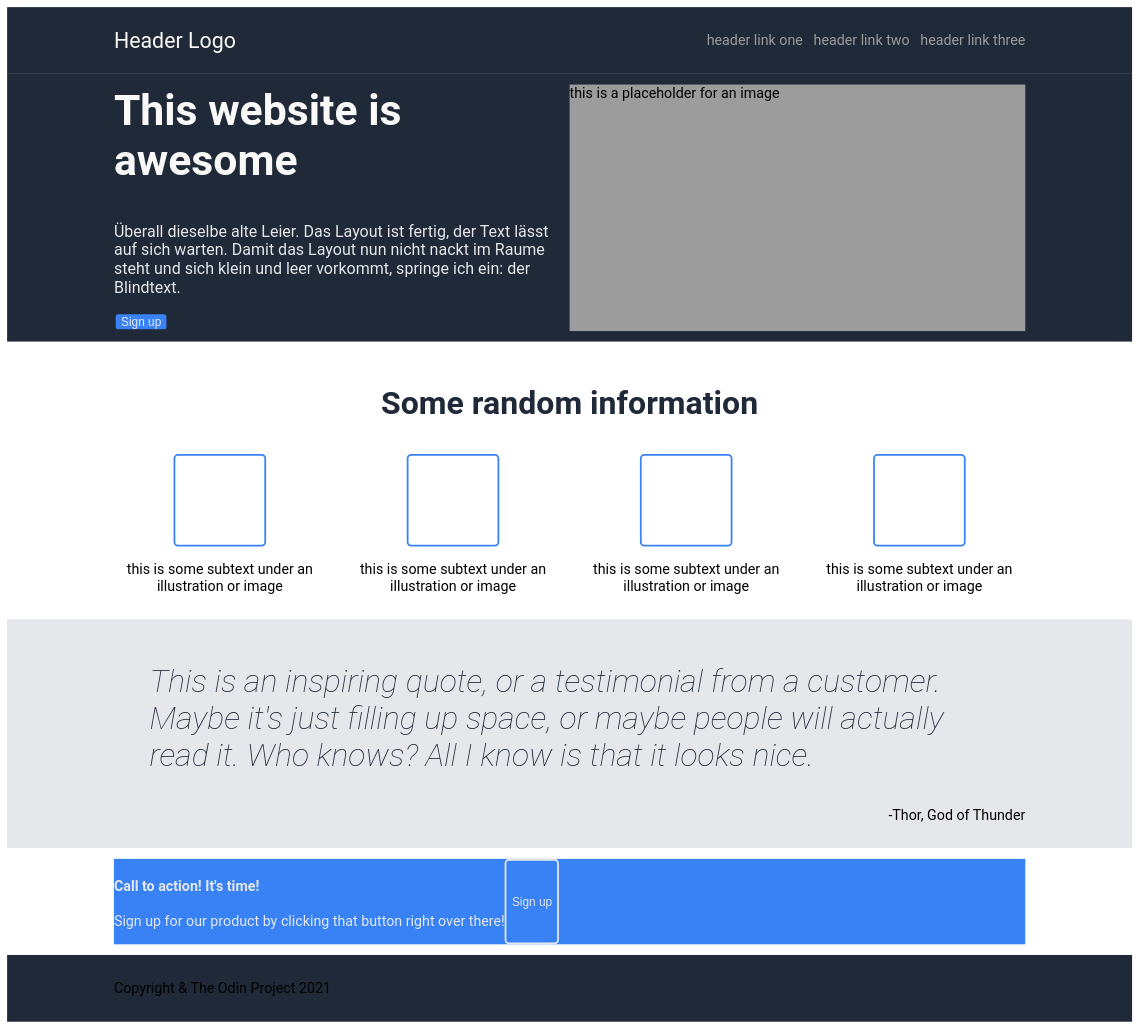
Repository: evemcd/odin_project
Page: odin-project2-landing-page/index.html
These files come from the project's save history. The page is drawn as it stood at one moment and after the next save; the edit follows.
The browser window is 1280 px wide. The pictures show the whole page, at 89% of full size.

Above is the page before, as saved 2022-02-08 11:11:07.

### odin-project2-landing-page/index.html
<!DOCTYPE html>
<html lang="en">
<head>
    <meta charset="UTF-8">
    <title>Odin Project 2 Landing Page</title>
    <link rel="stylesheet" href="style.css">
</head>

<body>
    <header>
        <span>Header Logo</span>
        <ul>
            <li><a href="#">header link one</a></li>
            <li><a href="#">header link two</a></li>
            <li><a href="#">header link three</a></li>
        </ul>
    </header>

    <div class="container1">
        <div>
            <h2>This website is awesome</h2>
            <p>Überall dieselbe alte Leier. Das Layout ist fertig, der Text lässt auf sich warten. Damit das Layout nun nicht nackt im Raume steht und sich klein und leer vorkommt, springe ich ein: der Blindtext.</p>
            <button>Sign up</button>
        </div>
        <div class="placeholder">
            <span>this is a placeholder for an image</span>
        </div>
    </div>

    <div class="container2">
        <h3>Some random information</h3>
        <div class="boxContainer">
            <div class="boxes">
                <div class="box"></div>
                <p>this is some subtext under an illustration or image</p>
            </div>
            <div class="boxes">
                <div class="box"></div>
                <p>this is some subtext under an illustration or image</p>
            </div>
            <div class="boxes">
                <div class="box"></div>
                <p>this is some subtext under an illustration or image</p>
            </div>
            <div class="boxes">
                <div class="box"></div>
                <p>this is some subtext under an illustration or image</p>
            </div>
        </div>
    </div>

    <div class="container3">
        <blockquote>This is an inspiring quote, or a testimonial from a customer. Maybe it's just filling up space, or maybe people will actually read it. Who knows? All I know is that it looks nice.</blockquote>
        <p>-Thor, God of Thunder</p>
    </div>

    <div class="container4">
        <div class="blueBox">
            <div>
            <h4>Call to action! It's time!</h4>
            <p>Sign up for our product by clicking that button right over there!</p>
        </div>
        <button>Sign up</button>
        </div>
    </div>

    <footer>
        <p>Copyright &amp; The Odin Project 2021</p>
    </footer>
</body>
</html>

### odin-project2-landing-page/style.css
body {
    font-family: roboto, sans-serif;
}

header,
.container1,
.container2,
.container3,
.container4,
footer {
    padding: 12px 120px;
}

header,
.container1,
footer {
    background-color: #1F2937;
}

.container2,
.container4 {
    background-color: white;
}

header {
    display: flex;
    align-items: center;
    justify-content: space-between;
}

header>span {
    font-size: 24px;
    color: #F9FAF8;
}

header>ul {
    list-style: none;
    display: flex;
    gap: 12px;
}

header a {
    text-decoration: none;
    color: #9c9c9c;
}

.container1 {
    display: flex;
    flex: 1;
}

.container1 h2 {
    font-size: 48px;
    font-weight: extra-bold;
    color: #F9FAF8;
    margin-top: 0;
}

.container1 p {
    font-size: 18px;
    color: #E5E7EB;
}

.placeholder {
    background-color: #9c9c9c;
    width: 50%;
    flex-shrink: 0;
}

.container1 button {
    background-color: #3882F6;
    color: #E5E7EB;
    border-radius: 5px;
    border: 2px solid #1F2937;
}

.container2 h3 {
    font-size: 36px;
    font-weight: extra-bold;
    color: #1F2937;
    text-align: center;
}

.boxContainer {
    display: flex;
    justify-content: space-between;
    gap: 24px;
}

.boxes {
    display: flex;
    flex-direction: column;
    align-items: center;
}

.boxes p {
    text-align: center;
}

.box {
    width: 100px;
    height: 100px;
    border: 2px solid #3882F6;
    border-radius: 5px;
}

.container3 {
    background-color: #E5E7EB;
}

blockquote {
    font-size: 36px;
    font-weight: lighter;
    font-style: italic;
    color: #1F2937;
}

.container3 p {
    text-align: right;
}

.blueBox {
    background-color: #3882F6;
    color: #E5E7EB;
    display: flex;
}

.container4 button {
    background-color: #3882F6;
    color: #E5E7EB;
    border-radius: 5px;
    border: 2px solid #E5E7EB
}

After the next save:
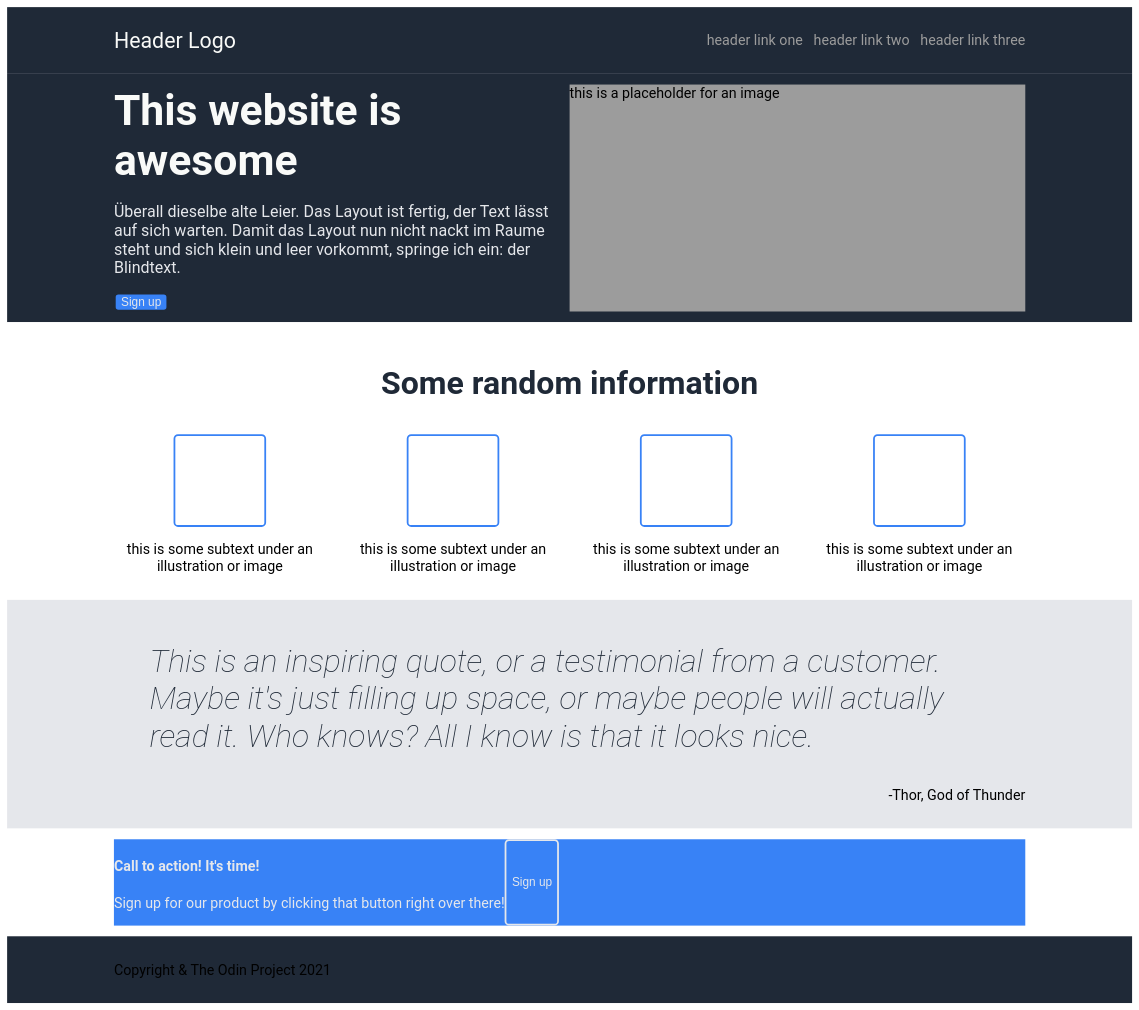
Saved 23 s later.
--- a/odin-project2-landing-page/style.css
+++ b/odin-project2-landing-page/style.css
@@ -53,7 +53,7 @@ header a {
     font-size: 48px;
     font-weight: extra-bold;
     color: #F9FAF8;
-    margin-top: 0;
+    margin: 0;
 }
 
 .container1 p {
